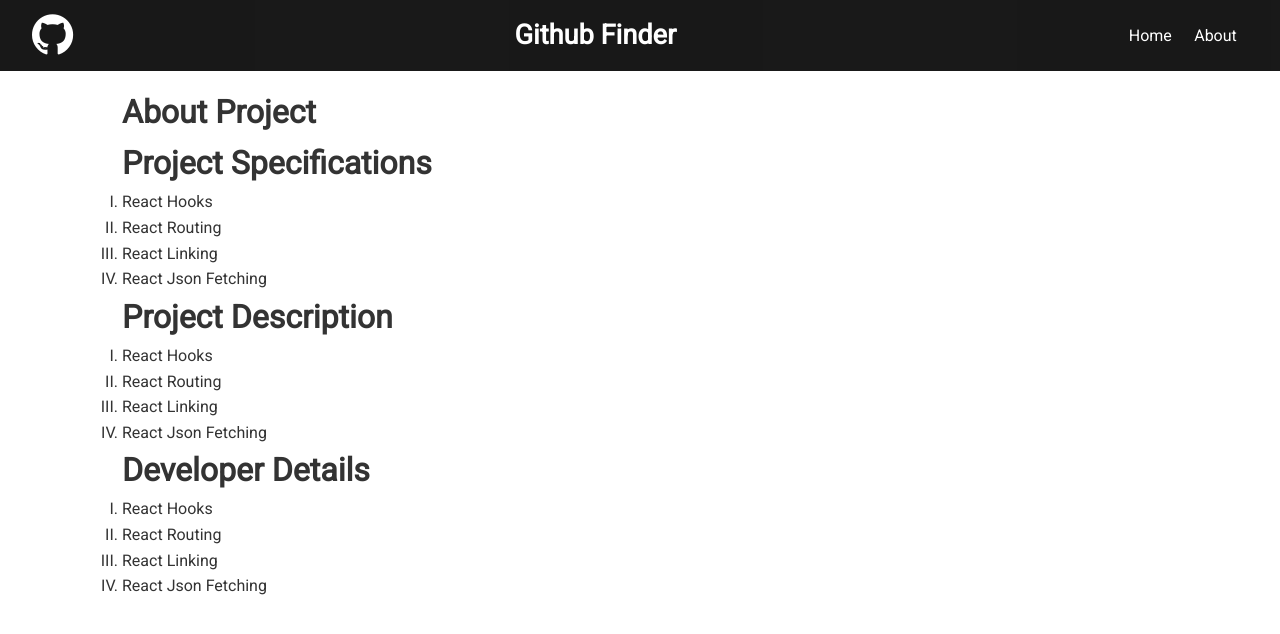
Repository: hemantsaini-7/ReactHooks-GitHub-Clone
Page: /about
These files come from the project's save history. The page is drawn as it stood at one moment and after the next save; the edit follows.
The browser window is 1280 px wide. The pictures show the whole page.
The project was rebuilt for these pictures with package versions that can differ from the ones it lists, and the page was loaded fresh each time. Also part of the build but not shown: src/components/users/UserItem.js, src/components/layout/Spinner.js, src/components/users/Users.js, src/components/repos/RepoItem.js, src/components/repos/Repos.js, src/components/users/User.js, src/components/users/Search.js, src/components/layout/Alert.js.

Above is the page before, as saved 2020-08-06 10:05:16.

After the next save:
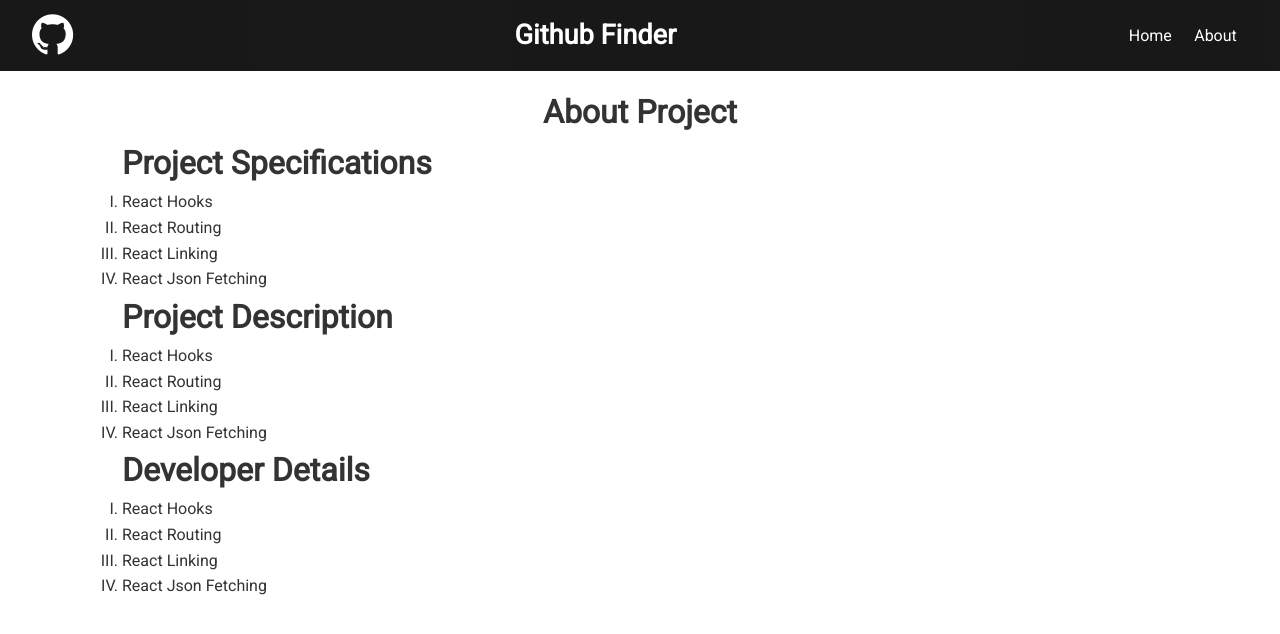
Saved 8 s later.
--- a/src/App.css
+++ b/src/App.css
@@ -390,7 +390,9 @@ table th {
 .s-field:focus {
   outline: none;
 }
-
+.about-head {
+  text-align: center;
+}
 /* Mobile Styles */
 @media (max-width: 700px) {
   .hide-sm {
